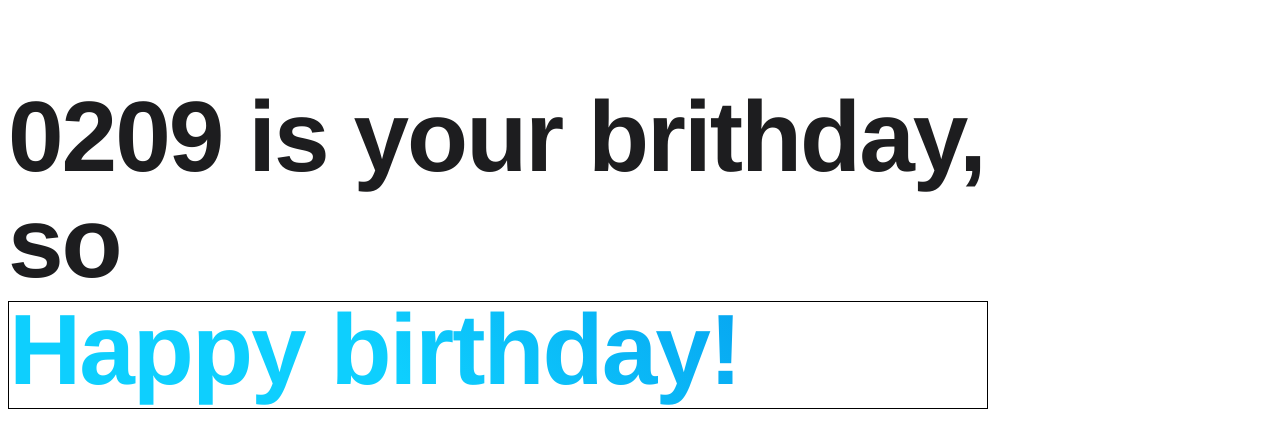
Repository: Caococos/02-09
Page: /
These files come from the project's save history. The page is drawn as it stood at one moment and after a run of saves; the edit follows.
The browser window is 1280 px wide. The pictures show the whole page.
The project was rebuilt for these pictures with package versions that can differ from the ones it lists, and the page was loaded fresh each time. Also part of the build but not shown: vue.config.js.

Above is the page before, as saved 2021-06-11 22:21:58.

### src/main.js
/*
 * @Descripttion:
 * @version: 1.0
 * @Author: Zhihaot1
 * @Date: 2021-06-11 21:03:51
 * @LastEditors: Zhihaot1
 * @LastEditTime: 2021-06-11 22:08:57
 */
import Vue from 'vue'
import App from './App.vue'
import router from './router'

Vue.config.productionTip = false
import "assets/css/index.css";
new Vue({
  router,
  render: h => h(App)
}).$mount('#app')

### src/App.vue
<!--
 * @Descripttion:
 * @version: 1.0
 * @Author: Zhihaot1
 * @Date: 2021-06-11 21:03:51
 * @LastEditors: Zhihaot1
 * @LastEditTime: 2021-06-11 21:30:25
-->
<template>
  <div id="app">
    <router-view />
  </div>
</template>

<style>
</style>

### src/router/index.js
/*
 * @Descripttion:
 * @version: 1.0
 * @Author: Zhihaot1
 * @Date: 2021-06-11 21:03:51
 * @LastEditors: Zhihaot1
 * @LastEditTime: 2021-06-11 21:34:08
 */
import Vue from 'vue'
import VueRouter from 'vue-router'
import Home from 'views/home/Home.vue'

Vue.use(VueRouter)

const routes = [
  {
    path: '',
    redirect: '/home'
  },
  {
    path: '/home',
    name: 'Home',
    component: Home
  },
  // {
  //   path: '/about',
  //   name: 'About',
  //   // route level code-splitting
  //   // this generates a separate chunk (about.[hash].js) for this route
  //   // which is lazy-loaded when the route is visited.
  //   component: () => import(/* webpackChunkName: "about" */ '../views/About.vue')
  // }
]

const router = new VueRouter({
  mode: 'history',
  base: process.env.BASE_URL,
  routes
})

export default router

### src/assets/css/index.css
:root {
  --offset: 6px;
}

### src/views/home/Home.vue
<template>
  <div class="home">
    <h2>0209 is your brithday, so
      <div class="mask">
        <span data-show>Happy birthday!</span>
        <span>С днем рождения!</span>
        <span>생일 축하합니다!</span>
        <span>誕生日おめでと!</span>
      </div>
    </h2>
  </div>
</template>

<script>

export default {
  name: 'Home',
  mounted: {},
  methods: {
    move() {
      setInterval(function () {
        const show = document.querySelector('span[data-show]')
        const next = show.nextElementSibling || document.querySelector('span:first-child')
        const up = document.querySelector('span[data-up]')

        if (up) {
          up.removeAttribute('data-up')
        }
        show.removeAttribute('data-show')
        show.setAttribute('data-up', '')

        next.setAttribute('data-show', '')
      }, 2000)
    }
  }
}
</script>
<style scoped>
h2 {
  width: 980px;
  font-size: 100px;
  font-family: Helvetica;
  line-height: 1.06;
  letter-spacing: -0.02em;
  color: #1d1d1f;
}

.mask {
  margin-top: var(--offset);
  height: 106px;
  position: relative;
  overflow: hidden;
  border: 1px solid #000;
}

.mask span {
  display: block;
  margin-top: var(--offset);
  padding-bottom: var(--offset);
  box-sizing: border-box;
  position: absolute;
  top: 100px;

  background-size: 100% 100%;
  -webkit-background-clip: text;
  background-clip: text;
  -webkit-text-fill-color: transparent;
  background-repeat: no-repeat;
}

.mask span[data-show] {
  transform: translateY(-100%);
  transition: 0.5s transform ease-in-out;
}

.mask span[data-up] {
  transform: translateY(-200%);
  transition: 0.5s transform ease-in-out;
}

.mask span:nth-child(1) {
  background-image: linear-gradient(45deg, #0ecffe 50%, #07a6f1);
}

.mask span:nth-child(2) {
  background-image: linear-gradient(45deg, #18e198 50%, #0ec15d);
}

.mask span:nth-child(3) {
  background-image: linear-gradient(45deg, #8a7cfb 50%, #633e9c);
}

.mask span:nth-child(4) {
  background-image: linear-gradient(45deg, #fa7671 50%, #f45f7f);
}
</style>

Loaded but not shown: public/index.html (common file)

After the next 3 saves:
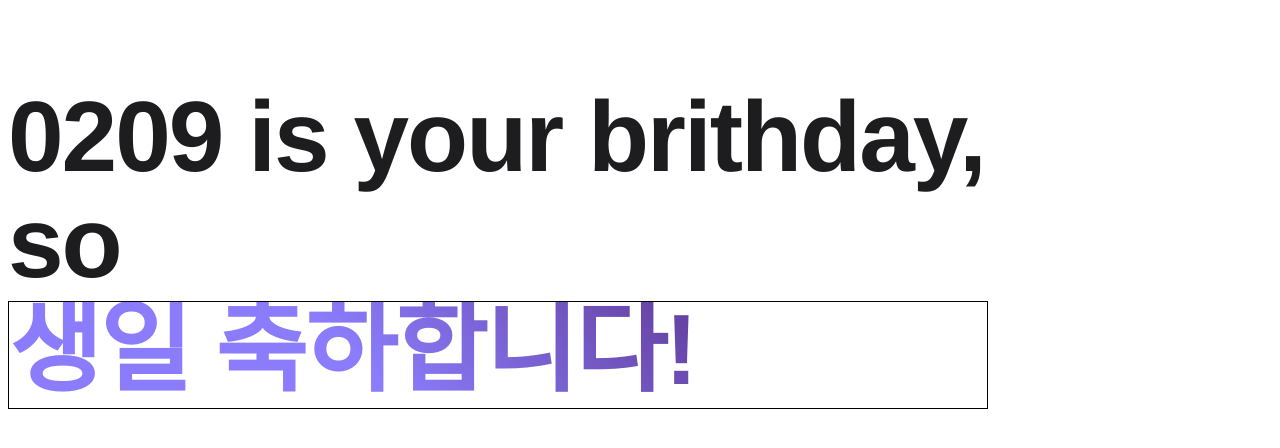
The 3 saves are shown as one change because 2 did not build or start.
The last was saved 87 s later.
--- a/src/views/home/Home.vue
+++ b/src/views/home/Home.vue
@@ -15,7 +15,9 @@
 
 export default {
   name: 'Home',
-  mounted: {},
+  mounted() {
+    this.move()
+  },
   methods: {
     move() {
       setInterval(function () {

After the save that followed:
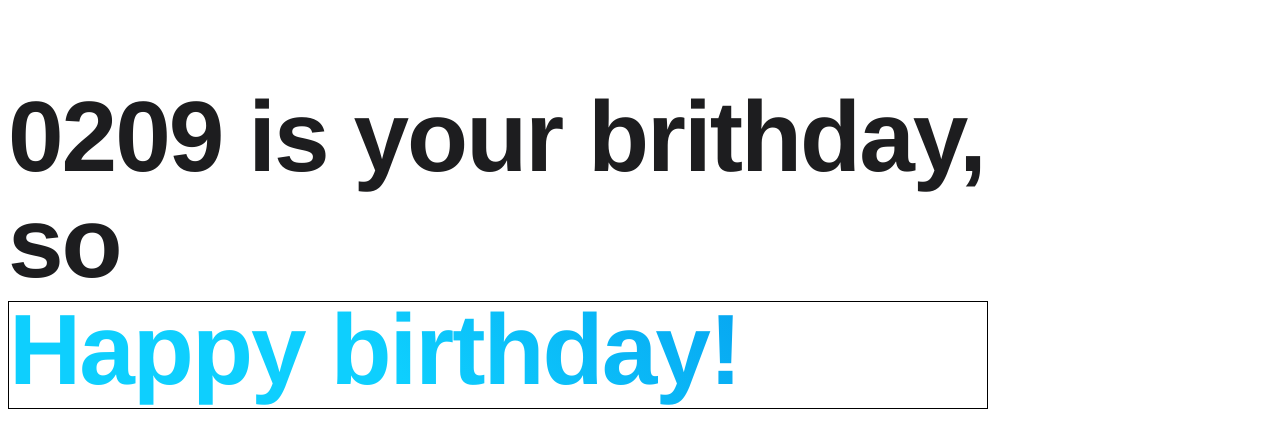
Saved 55 s later.
--- a/src/views/home/Home.vue
+++ b/src/views/home/Home.vue
@@ -16,7 +16,7 @@
 export default {
   name: 'Home',
   mounted() {
-    this.move()
+    // this.move()
   },
   methods: {
     move() {
